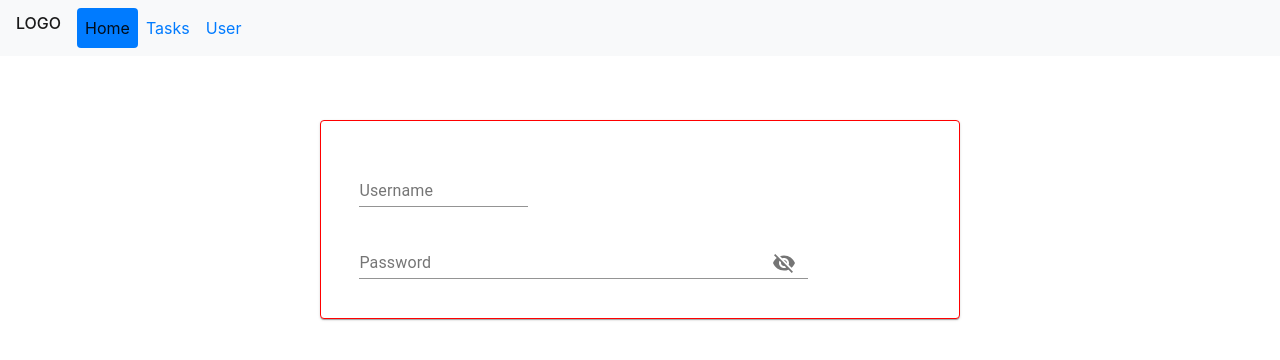
Repository: lalji-yadav/Nimapinfotech-demo-project
Page: /login
These files come from the project's save history. The page is drawn as it stood at one moment and after the next save; the edit follows.
The browser window is 1280 px wide. The pictures show the whole page.
The project was rebuilt for these pictures with package versions that can differ from the ones it lists, and the page was loaded fresh each time. Also part of the build but not shown: src/App.css, src/components/Home.js, src/components/Tasks.js, src/components/Users.js.

Above is the page before, as saved 2021-01-17 10:20:05.

After the next save:
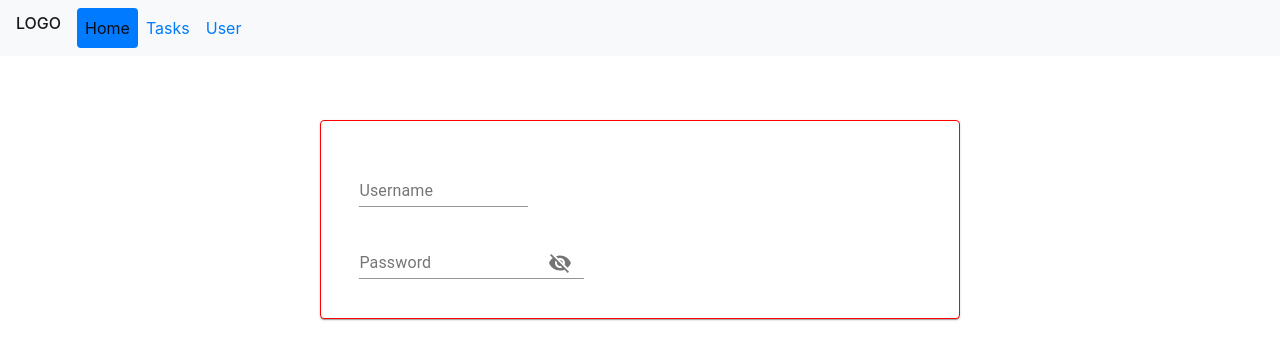
Saved 22 s later.
--- a/src/components/Login.js
+++ b/src/components/Login.js
@@ -31,7 +31,7 @@ import VisibilityOffIcon from '@material-ui/icons/VisibilityOff';
             label="Username"
             color="primary" /> <br /> <br />
 
-        <FormControl style={{width:"80%"}}>
+        <FormControl style={{width:"40%"}}>
           <InputLabel htmlFor="standard-adornment-password">Password</InputLabel>
           <Input
             id="standard-adornment-password"
